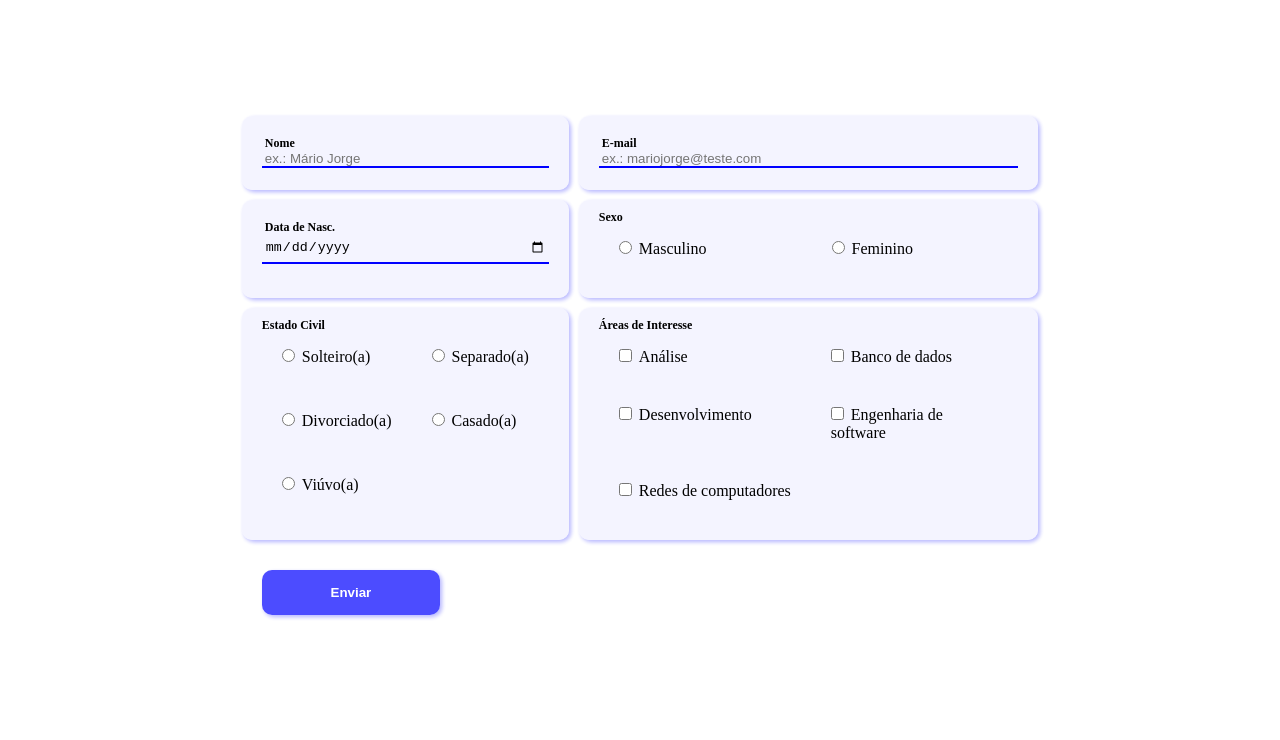
Repository: mjRibeiroTriscal/UVA_Projects
Page: Proj_A1_AVA2_2020_1/index.html
These files come from the project's save history. The page is drawn as it stood at one moment and after the next save; the edit follows.
The browser window is 1280 px wide. The pictures show the whole page.

Above is the page before, as saved 2020-03-13 14:42:33.

### Proj_A1_AVA2_2020_1/index.html
<!--
*   @project     A1_AVA2_UVA_2020_1
*   @author      Mário Jorge (mariojgmaster@yahoo.com.br)
*   @Git         MJRibeiroTriscal (https://github.com/mjRibeiroTriscal)
-->

<html>

<head>
    <meta charset="UTF-8">
    <title>Tell Me About You</title>
    <!-- <link rel="icon" href="./favicon.png" sizes="16x16 32x32" type="image/png"> -->
    <script src="./script.js"></script>
    <link rel="stylesheet" href="./style.css" />
</head>

<body>
    <div id="container">

        <header>

            <h2></h2>

        </header>

        <section>

            <form class="gridContainer" name="formUva" action="http://google.co">

                <div class="gridItem blockContainer">
                    <label for="nome" class="labelFirst">Nome</label>
                    <input id="nome" type="text" name="nome" placeholder="ex.: Mário Jorge" />
                </div>
                <div class="gridItem blockContainer">
                    <label for="email" class="labelFirst">E-mail</label>
                    <input id="email" type="text" name="email" placeholder="ex.: mariojorge@teste.com" />
                </div>

                <div class="gridItem blockContainer">
                    <label for="dataNasc" class="labelFirst">Data de Nasc.</label>
                    <input id="dataNasc" type="date" name="dataNasc" />
                </div>

                <div class="gridItem gridContainer blockContainer">
                    <h3 style="position:absolute;margin-top:-10px;">Sexo</h3>
                    <div class="gridItem">
                        <input id="masc" type="radio" name="masc" />
                        <label for="masc">Masculino</label>
                    </div>
                    <div class="gridItem">
                        <input id="fem" type="radio" name="fem" />
                        <label for="fem">Feminino</label>
                    </div>
                </div>

                <div class="gridItem gridContainer blockContainer">
                    <h3 style="position:absolute;margin-top:-10px;">Estado Civil</h3>
                    <div class="gridItem">
                        <input id="solteiro" type="radio" name="estCivil" />
                        <label for="solteiro">Solteiro(a)</label>
                    </div>
                    <div class="gridItem">
                        <input id="separado" type="radio" name="estCivil" />
                        <label for="separado">Separado(a)</label>
                    </div>
                    <div class="gridItem">
                        <input id="divorciado" type="radio" name="estCivil" />
                        <label for="divorciado">Divorciado(a)</label>
                    </div>
                    <div class="gridItem">
                        <input id="casado" type="radio" name="estCivil" />
                        <label for="casado">Casado(a)</label>
                    </div>
                    <div class="gridItem">
                        <input id="viuvo" type="radio" name="estCivil" />
                        <label for="viuvo">Viúvo(a)</label>
                    </div>
                </div>

                <div class="gridItem gridContainer blockContainer">
                    <h3 style="position:absolute;margin-top:-10px;">Áreas de Interesse</h3>
                    <div class="gridItem">
                        <input id="analise" type="checkbox" name="analise" />
                        <label for="analise">Análise</label>
                    </div>
                    <div class="gridItem">
                        <input id="bancoDados" type="checkbox" name="bancoDados" />
                        <label for="bancoDados">Banco de dados</label>
                    </div>
                    <div class="gridItem">
                        <input id="desenvolvimento" type="checkbox" name="desenvolvimento" />
                        <label for="desenvolvimento">Desenvolvimento</label>
                    </div>
                    <div class="gridItem">
                        <input id="engenhariaSoftware" type="checkbox" name="engenhariaSoftware" />
                        <label for="engenhariaSoftware">Engenharia de software</label>
                    </div>
                    <div class="gridItem">
                        <input id="redesComputadores" type="checkbox" name="redesComputadores" />
                        <label for="redesComputadores">Redes de computadores</label>
                    </div>
                </div>

                <div class="gridItem itemFlex">
                    <input type="submit" class="blockContainer" value="Enviar">
                </div>

            </form>

        </section>

        <footer>

        </footer>

</body>

</html>

### Proj_A1_AVA2_2020_1/script.js
/*
 *   @project     A1_AVA2_UVA_2020_1
 *   @author      Mário Jorge (mariojgmaster@yahoo.com.br)
 *   @Git         MJRibeiroTriscal (https://github.com/mjRibeiroTriscal)
 */

### Proj_A1_AVA2_2020_1/style.css
/*
 *   @project     A1_AVA2_UVA_2020_1
 *   @author      Mário Jorge (mariojgmaster@yahoo.com.br)
 *   @Git         MJRibeiroTriscal (https://github.com/mjRibeiroTriscal)
 */

* {
    margin: 0px;
    padding: 0px;
}

html,
body {
    width: 100%;
    height: 100%;
}

#container {
    padding: 10px;
    display: flex;
    align-items: center;
    justify-content: center;
    height: 100%;
}

section {
    width: 80%;
    display: flex;
    align-items: center;
    justify-content: center;
}

section form.gridContainer {
    width: 80%;
}

label.labelFirst,
h3 {
    font-size: 12px;
    font-weight: 700;
}

label {
    margin-left: 3px;
}

input {
    border: none;
    outline: none;
    box-shadow: 0;
}

input[type=text],
input[type=date] {
    width: 100%;
    height: 50%;
    padding: 1px 3px;
    border-bottom: 2px solid Blue;
    background: none;
}

input[type=submit] {
    width: 60%;
    height: 100%;
    padding: 10px;
    color: #FFF;
    font-weight: bold;
    background-color: rgba(0, 0, 255, 0.7);
    border-radius: 10px;
}

input[type=submit]:active {
    background-color: rgba(0, 0, 255, 0.9);
}

.gridContainer {
    display: grid;
    /* border: 1px solid red; */
    grid-template-columns: auto auto;
}

.gridItem {
    padding: 20px;
}

.blockContainer {
    margin: 5px;
    border-radius: 10px;
    background-color: rgba(240, 240, 255, 0.7);
    box-shadow: 2px 2px 4px rgba(0, 0, 255, 0.1), 2px 2px 4px rgba(0, 0, 255, 0.2);
}

After the next save:
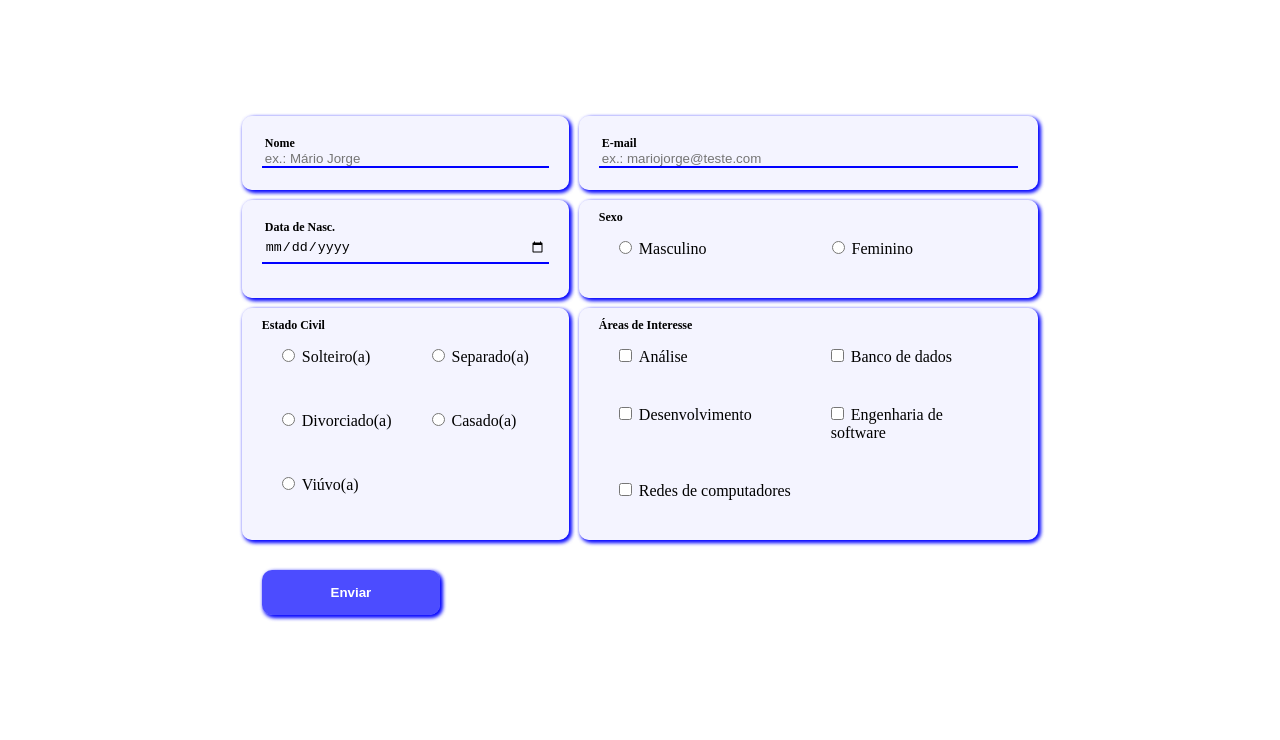
Saved 23 s later.
--- a/Proj_A1_AVA2_2020_1/style.css
+++ b/Proj_A1_AVA2_2020_1/style.css
@@ -87,5 +87,5 @@
     margin: 5px;
     border-radius: 10px;
     background-color: rgba(240, 240, 255, 0.7);
-    box-shadow: 2px 2px 4px rgba(0, 0, 255, 0.1), 2px 2px 4px rgba(0, 0, 255, 0.2);
+    box-shadow: 2px 2px 4px rgba(0, 0, 255, 0.8), 2px 2px 4px rgba(0, 0, 255, 1);
 }

After the save that followed:
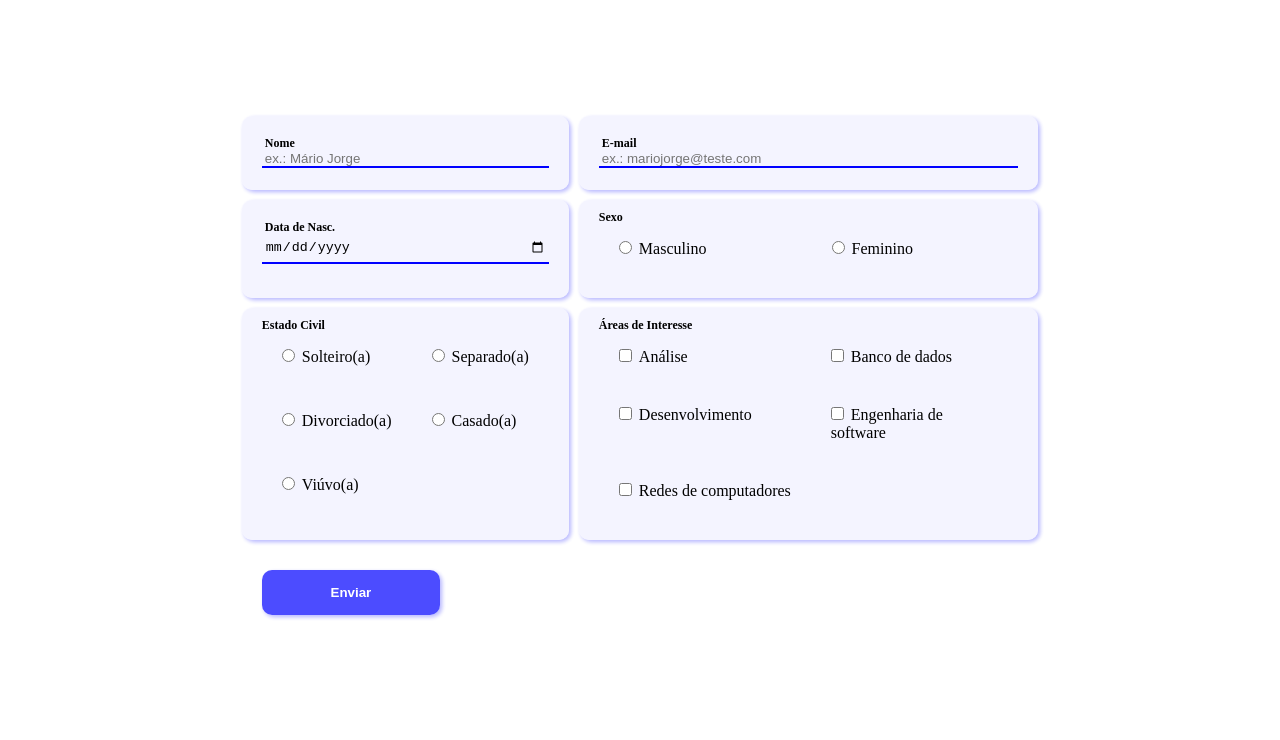
Saved 11 s later.
--- a/Proj_A1_AVA2_2020_1/style.css
+++ b/Proj_A1_AVA2_2020_1/style.css
@@ -87,5 +87,5 @@
     margin: 5px;
     border-radius: 10px;
     background-color: rgba(240, 240, 255, 0.7);
-    box-shadow: 2px 2px 4px rgba(0, 0, 255, 0.8), 2px 2px 4px rgba(0, 0, 255, 1);
+    box-shadow: 2px 2px 4px rgba(0, 0, 255, 0.1), 2px 2px 4px rgba(0, 0, 255, 0.2);
 }
